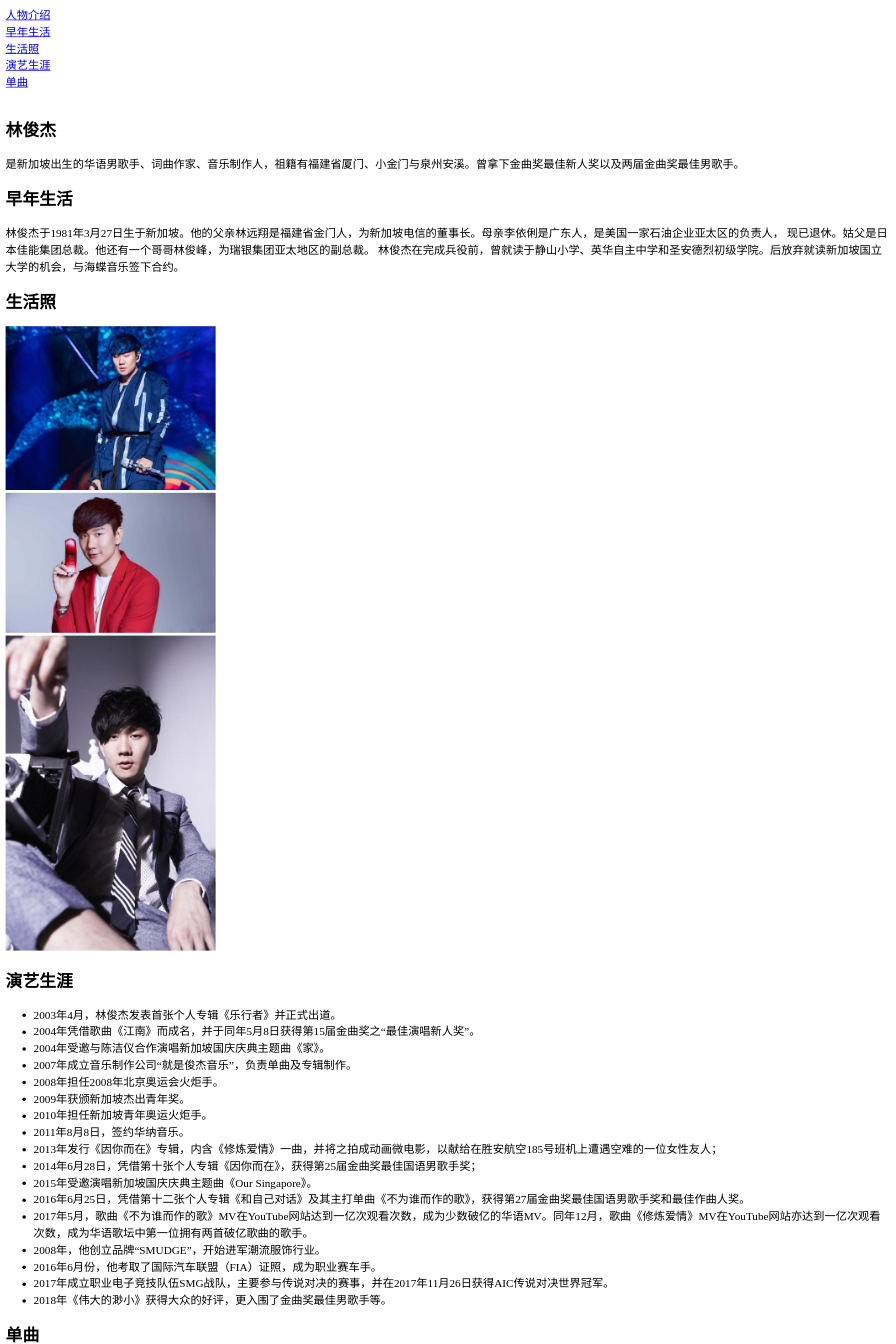
Repository: chenguocan/html_work
Page: html_work.html
An editor plug-in stored every save of this project. The page is shown before and after the next save, followed by the edit.
The browser window is 1280 px wide. The pictures show the part of the page from y = 0 to 1920 px (the page is 3020 px tall before and 3026 px after), at 70% of full size.

Above is the page before, as saved 2020-06-26 11:02:45.

### html_work.html
<!DOCTYPE html>
<html lang="zh-CN">
  <head>
    <meta charset="UTF-8" />
    <meta
      name="viewport"
      content="width=device-width, initial-scale=1.0, minimum-scale=1.0, maximum-scale=1.0, user-scalable=no"
    />
    <title>Document</title>
    <style>
      table {
        table-layout: fixed;
        border-collapse: collapse;
        border-spacing: 0;
      }
      td,
      th {
        border: 2px solid blue;
      }
      img {
        max-width: 100%;
      }
    </style>
  </head>
  <body>
    <section>
      <a href="#name">人物介绍</a></br>
      <a href="#life">早年生活</a></br>
      <a href="#picture">生活照</a></br>
      <a href="#action">演艺生涯</a></br>
      <a href="#music">单曲</a></br>
      <a href="#movie"></a></br>
      <h1 id="name">林俊杰</h1>
      <p>
        是新加坡出生的华语男歌手、词曲作家、音乐制作人，祖籍有福建省厦门、小金门与泉州安溪。曾拿下金曲奖最佳新人奖以及两届金曲奖最佳男歌手。
      </p>
      <h2 id="life">早年生活</h2>
      <p>
        林俊杰于1981年3月27日生于新加坡。他的父亲林远翔是福建省金门人，为新加坡电信的董事长。母亲李依俐是广东人，是美国一家石油企业亚太区的负责人，
        现已退休。姑父是日本佳能集团总裁。他还有一个哥哥林俊峰，为瑞银集团亚太地区的副总裁。
        林俊杰在完成兵役前，曾就读于静山小学、英华自主中学和圣安德烈初级学院。后放弃就读新加坡国立大学的机会，与海蝶音乐签下合约。
      </p>
      <h2 id="picture">生活照</h2>
      <div><img src="./images/jj1.jpg" alt="图片1" width="300" /></div>
      <div><img src="./images/jj2.jpg" alt="图片2" width="300" /></div>
      <div><img src="./images/jj3.jpg" alt="图片3" width="300" /></div>
      <h2 id="action">演艺生涯</h2>
      <ul>
        <li>2003年4月，林俊杰发表首张个人专辑《乐行者》并正式出道。</li>
        <li>
          2004年凭借歌曲《江南》而成名，并于同年5月8日获得第15届金曲奖之“最佳演唱新人奖”。
        </li>
        <li>2004年受邀与陈洁仪合作演唱新加坡国庆庆典主题曲《家》。</li>
        <li>2007年成立音乐制作公司“就是俊杰音乐”，负责单曲及专辑制作。</li>
        <li>2008年担任2008年北京奥运会火炬手。</li>
        <li>2009年获颁新加坡杰出青年奖。</li>
        <li>2010年担任新加坡青年奥运火炬手。</li>
        <li>2011年8月8日，签约华纳音乐。</li>
        <li>
          2013年发行《因你而在》专辑，内含《修炼爱情》一曲，并将之拍成动画微电影，以献给在胜安航空185号班机上遭遇空难的一位女性友人；
        </li>
        <li>
          2014年6月28日，凭借第十张个人专辑《因你而在》，获得第25届金曲奖最佳国语男歌手奖；
        </li>
        <li>2015年受邀演唱新加坡国庆庆典主题曲《Our Singapore》。</li>
        <li>
          2016年6月25日，凭借第十二张个人专辑《和自己对话》及其主打单曲《不为谁而作的歌》，获得第27届金曲奖最佳国语男歌手奖和最佳作曲人奖。
        </li>
        <li>
          2017年5月，歌曲《不为谁而作的歌》MV在YouTube网站达到一亿次观看次数，成为少数破亿的华语MV。同年12月，歌曲《修炼爱情》MV在YouTube网站亦达到一亿次观看次数，成为华语歌坛中第一位拥有两首破亿歌曲的歌手。
        </li>
        <li>2008年，他创立品牌“SMUDGE”，开始进军潮流服饰行业。</li>
        <li>2016年6月份，他考取了国际汽车联盟（FIA）证照，成为职业赛车手。</li>
        <li>
          2017年成立职业电子竞技队伍SMG战队，主要参与传说对决的赛事，并在2017年11月26日获得AIC传说对决世界冠军。
        </li>
        <li>
          2018年《伟大的渺小》获得大众的好评，更入围了金曲奖最佳男歌手等。
        </li>
      </ul>
      <h2 id="music">单曲</h2>
      <table>
        <thead>
          <tr>
            <th>曲目</th>
            <th>作曲</th>
            <th>作词</th>
            <th>备注</th>
          </tr>
        </thead>
        <tbody>
          <tr>
            <td>被风吹过的夏天</td>
            <td>林俊杰</td>
            <td>冯欣慧</td>
            <td>《编号89757》中国大陆版之预购赠品单曲。</td>
          </tr>
          <tr>
            <td>流行主教</td>
            <td>林俊杰</td>
            <td>林宇中</td>
            <td>《曹操》中国大陆版之预购赠品单曲。</td>
          </tr>

          <tr>
            <td>忘记</td>
            <td>林俊杰</td>
            <td>林秋离</td>
            <td>收录于《2006“就是俊杰”世界巡回演唱会》专辑中。</td>
          </tr>
          <tr>
            <td>Hurray，一起摇</td>
            <td>林俊杰</td>
            <td>林宇中、许环良</td>
            <td>2007年新加坡电视节目《S-POP万岁》主题曲</td>
          </tr>
          <tr>
            <td>江南（粤语版）</td>
            <td>林俊杰</td>
            <td>陈少琪</td>
            <td>收录于《西界》香港版。</td>
          </tr>
          <tr>
            <td>小酒窝（粤语版）</td>
            <td>林俊杰</td>
            <td>王雅君</td>
            <td>收录于《JJ陆》香港版。</td>
          </tr>
          <tr>
            <td>真材实料的我</td>
            <td>林俊杰</td>
            <td>DR.Moon</td>
            <td>收录于《她说》大陆版。</td>
          </tr>
          <tr>
            <td>Cheer Singapore</td>
            <td>林俊杰</td>
            <td>林俊杰</td>
            <td>2010年新加坡青奥会主题曲</td>
          </tr>
          <tr>
            <td>海底之心</td>
            <td>林俊杰</td>
            <td>林天爱</td>
            <td>电影《夏日乐悠悠》插曲。</td>
          </tr>
          <tr>
            <td>御龙三国志</td>
            <td>林俊杰</td>
            <td>姚若龙</td>
            <td>网游《御龙在天》主题曲。</td>
          </tr>
          <tr>
            <td>感谢你的关注</td>
            <td>林俊杰</td>
            <td>林俊杰</td>
            <td>新浪微博粉丝数破千万的庆功歌曲</td>
          </tr>
          <tr>
            <td>Dreams</td>
            <td>林俊杰、吴庆隆</td>
            <td>符美芸</td>
            <td>2015年新加坡妆艺大游行主题曲</td>
          </tr>
          <tr>
            <td>I Pray for You</td>
            <td>林俊杰</td>
            <td>罗文裕</td>
            <td>为八仙尘爆伤者加油</td>
          </tr>
          <tr>
            <td>超越无限</td>
            <td>林俊杰</td>
            <td>林怡凤</td>
            <td>
              首部个人纪实音乐电影《听．见 林俊杰》（IfMiracles Had a
              Sound）主题曲
            </td>
          </tr>
          <tr>
            <td>2infinity And Beyond</td>
            <td>林俊杰</td>
            <td>Kyler England</td>
            <td>与日本潮牌教父Nigo合作的“Time Machine 时光机”主题曲</td>
          </tr>
          <tr>
            <td>进阶</td>
            <td>林俊杰</td>
            <td>林怡凤</td>
            <td>2018单曲</td>
          </tr>
          <tr>
            <td>我们很好</td>
            <td>林俊杰</td>
            <td>葛大为</td>
            <td>电影《少年的你》主题曲</td>
          </tr>
          <tr>
            <td>SHOW THE WORLD</td>
            <td>林俊杰</td>
            <td>姚若龙</td>
            <td>2019单曲</td>
          </tr>
          <tr>
            <td>对的时间点</td>
            <td>林俊杰</td>
            <td>小寒</td>
            <td>新加坡樟宜机场的星耀樟宜“雨漩涡”主题曲</td>
          </tr>
          <tr>
            <td>将故事写成我们</td>
            <td>林俊杰</td>
            <td>方文山</td>
            <td>2019单曲</td>
          </tr>
          <tr>
            <td>Wonderland</td>
            <td>林俊杰</td>
            <td>张怀秋</td>
            <td>2019单曲</td>
          </tr>
          <tr>
            <td>As I Believe</td>
            <td>林俊杰</td>
            <td>李迪文</td>
            <td>2019单曲，对的时间点英文版本</td>
          </tr>
          <tr>
            <td>Stay with You</td>
            <td>林俊杰</td>
            <td>孙燕姿</td>
            <td>抗击2019冠状病毒病疫情公益歌曲</td>
          </tr>
        </tbody>
      </table>
      <h2 id="movie">音乐电影</h2>
      <ol>
        <li>
          《杀手》（领衔主演：林俊杰、杨俐思（Liz），导演：比尔贾，片长：25分钟，2007年）[16]
        </li>
        <li>
          《她说》（傅天余替影像和故事脚本操刀制作，与简嫚书演出对角戏，2010年）
        </li>
        <li>
          《因你 而在》（导演：《逆光飞翔》导演张荣吉，摄影指导：Dylan Doyle
          女主演：蔡卓妍，2013年）
        </li>
        <li>
          《修炼爱情》（金曲奖最佳导演徐筠轩首度执导音乐动画作品，林俊杰和郭采洁一同配音，2013年）
        </li>
        <li>
          《黑暗骑士》（领衔主演：林俊杰、阿信、纪培慧，导演：比尔贾，2013年）
        </li>
        <li>
          《裂缝中的阳光》（领衔主演：林俊杰、张嘉年，导演：珍妮花，2013年）
        </li>
        <li>
          《零度的亲吻》（领衔主演：林俊杰、王诗安，导演：徐筠庭，2013年）
        </li>
        <li>《飞机》（领衔主演：林俊杰、林俊峰，导演：陈映之，2013年）</li>
        <li>
          《友人说》（领衔主演：林俊杰、张怀秋，导演：David Barker ，2013年）
          《One
          Shot》（领衔主演：林俊杰、张家慧、黄建玮、贾孝国，导演：廖明毅，2013年）
        </li>
        <li>
          《十秒的冲动》（领衔主演：林俊杰、张卓楠、曾恺弦，导演：傅天余，2013年）
        </li>
        <li>
          《以后要做的事》（领衔主演：林俊杰、路嘉欣、徐华谦，导演：陈映蓉，2013年）
        </li>
        <li>
          《可惜没如果》（领衔主演：林俊杰、Angelababy、张怀秋，导演：陈映蓉，2014年）
        </li>
        <li>
          《我继续》（领衔主演：林俊杰、张怀秋、张书豪，导演：胡瑞财，2018年）
        </li>
      </ol>
    </section>
  </body>
</html>

After the next save:
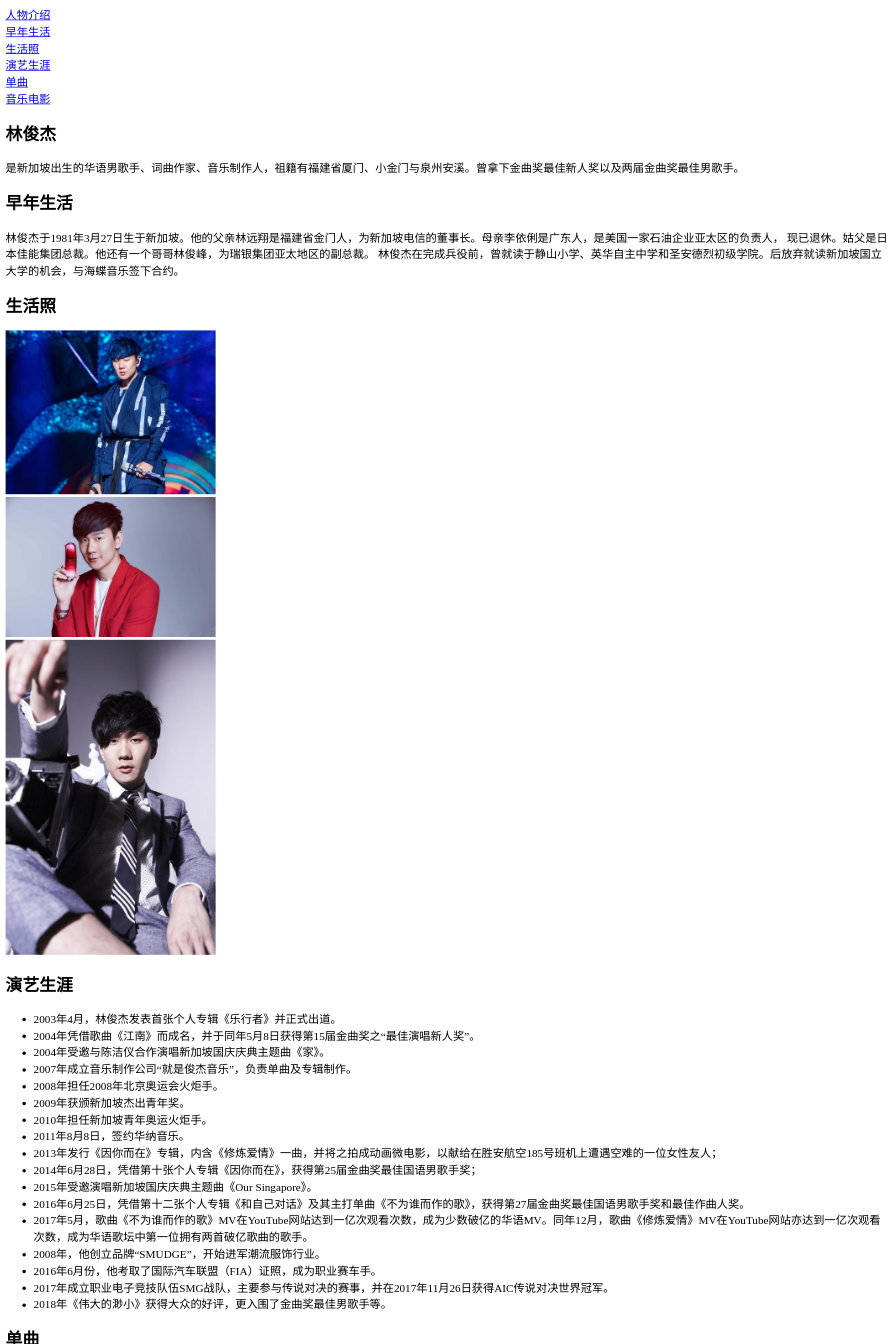
Saved 19 s later.
--- a/html_work.html
+++ b/html_work.html
@@ -29,7 +29,7 @@
       <a href="#picture">生活照</a></br>
       <a href="#action">演艺生涯</a></br>
       <a href="#music">单曲</a></br>
-      <a href="#movie"></a></br>
+      <a href="#movie">音乐电影</a></br>
       <h1 id="name">林俊杰</h1>
       <p>
         是新加坡出生的华语男歌手、词曲作家、音乐制作人，祖籍有福建省厦门、小金门与泉州安溪。曾拿下金曲奖最佳新人奖以及两届金曲奖最佳男歌手。
